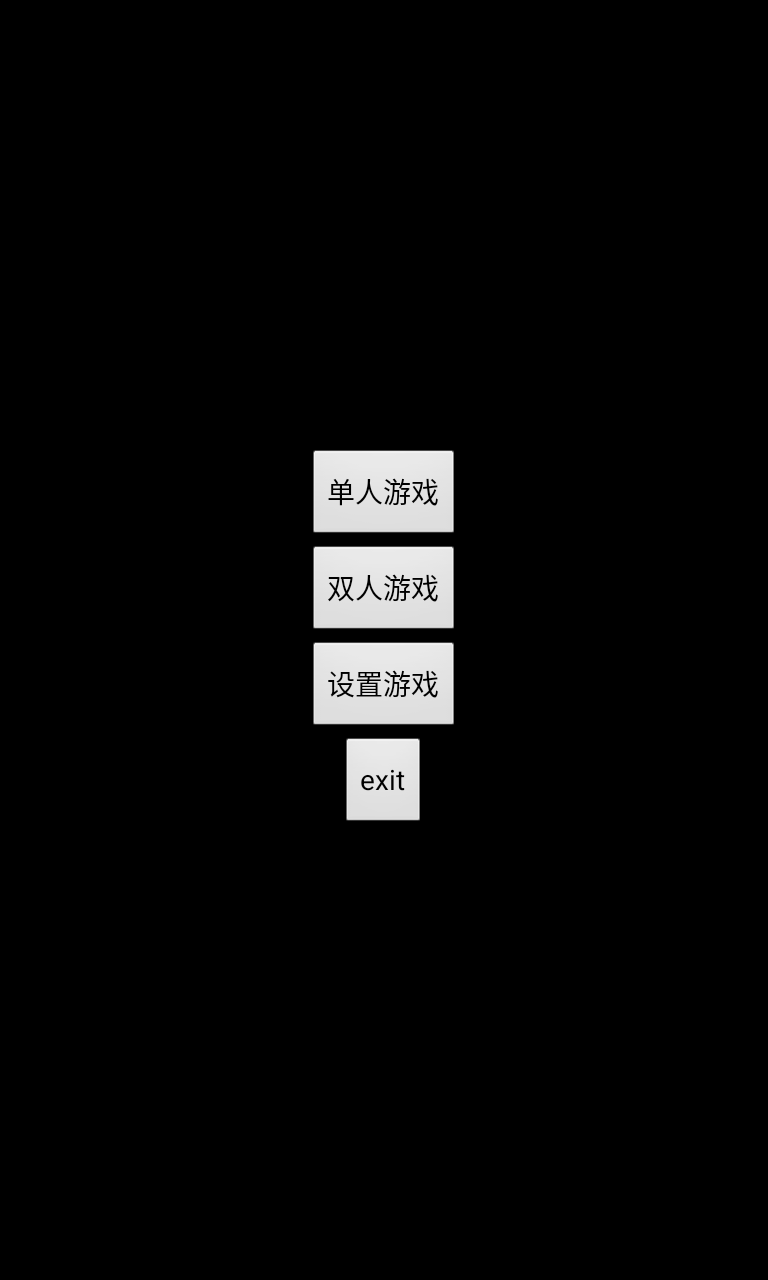
Repository: definelmx/AndroidWuZi
Layout: WWWuZi/res/layout/activity_main.xml
The author's editor kept a copy of each file at every save. The layout is drawn from the files as they stood at one save, then again after the next save.
It is drawn on a 768 x 1280 px phone screen (xhdpi) without system bars, with theme android:Theme.Black.NoTitleBar; the app's code is not run.

Above is the layout before, as saved 2015-04-08 12:06:54.

After the next save:
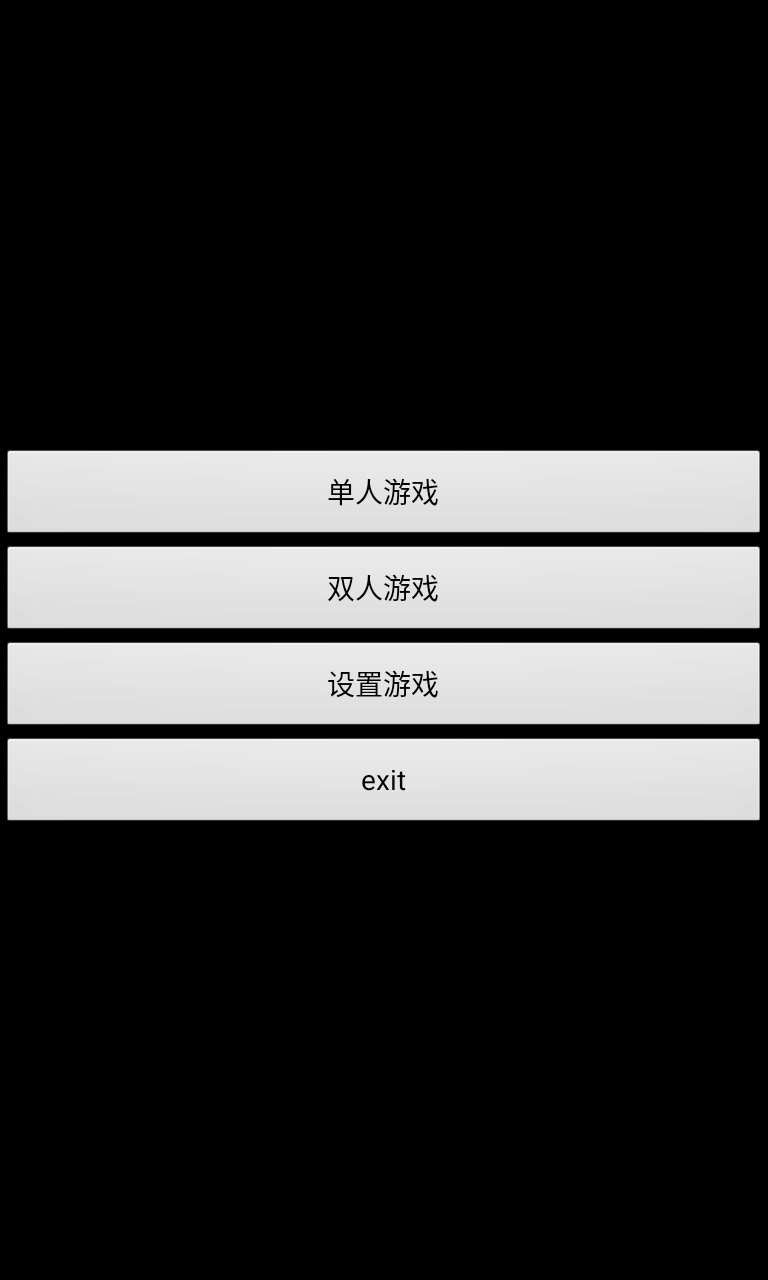
Saved 14 s later.
--- a/WWWuZi/res/layout/activity_main.xml
+++ b/WWWuZi/res/layout/activity_main.xml
@@ -6,32 +6,32 @@
     tools:context="com.uestclmx.wwwuzi.MainActivity" >
 
     <LinearLayout
-        android:layout_width="wrap_content"
-        android:layout_height="wrap_content"
+        android:layout_width="match_parent"
+        android:layout_height="match_parent"
         android:layout_centerInParent="true"
         android:gravity="center"
         android:orientation="vertical" >
 
         <Button
-            android:layout_width="wrap_content"
+            android:layout_width="match_parent"
             android:layout_height="wrap_content"
             android:onClick="singlegame"
             android:text="单人游戏" />
 
         <Button
-            android:layout_width="wrap_content"
+            android:layout_width="match_parent"
             android:layout_height="wrap_content"
             android:onClick="gameclick"
             android:text="双人游戏" />
 
         <Button
-            android:layout_width="wrap_content"
+            android:layout_width="match_parent"
             android:layout_height="wrap_content"
             android:onClick="gameclick"
             android:text="设置游戏" />
 
         <Button
-            android:layout_width="wrap_content"
+            android:layout_width="match_parent"
             android:layout_height="wrap_content"
             android:text="exit" />
     </LinearLayout>
